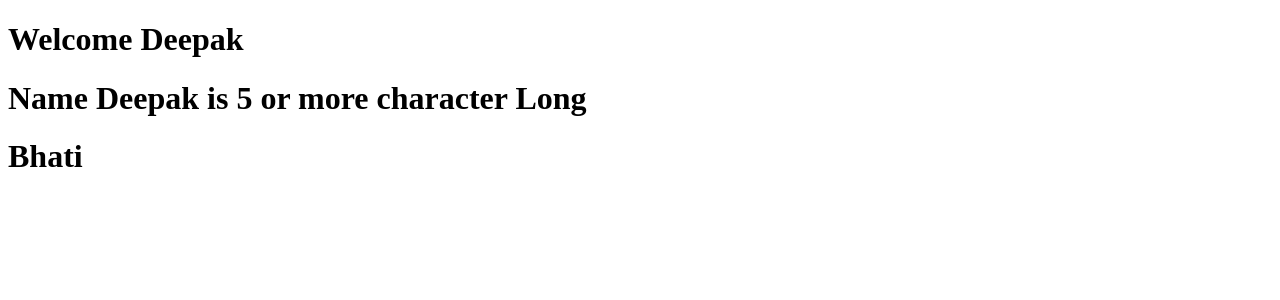
Repository: bhatideepak599/JspServlets
Page: http://localhost/05-java-jstl-tag-demo/jstl-tags-demo.jsp
An editor plug-in stored every save of this project. The page is shown before and after the next save, followed by the edit.
The browser window is 1280 px wide. The pictures show the whole page.
The page is served by Tomcat 9. Other server files are loaded and not shown.

Above is the page before, as saved 2024-07-15 10:16:59.

### 05-java-jstl-tag-demo/WebContent/jstl-tags-demo.jsp
<%@ page language="java" contentType="text/html; charset=ISO-8859-1"
    pageEncoding="ISO-8859-1"%>
<%@ taglib uri="http://java.sun.com/jsp/jstl/core" prefix="c"%>
<%@ taglib uri="http://java.sun.com/jsp/jstl/functions" prefix="fn"%>

<!DOCTYPE html>
<html>
<head>
<meta charset="ISO-8859-1">
<title>Insert title here</title>
</head>
<body>

	<c:set var="name" value="Deepak"></c:set>
	<h1>Welcome ${name }</h1>


	<c:if test="${name.length()>=5 }">
		<h1>Name ${name} is 5 or more character Long</h1>
	</c:if>

	<c:choose>
		<c:when test="${name.length()>13 }">
			<h1>Deepak</h1>
		</c:when>
		<c:when test="${name.length()>5 }">
			<h1>Bhati</h1>
			</c:when>
		<c:when test="${name.length()>6 }">
			<h1>6</h1>
			</c:when>
		<c:otherwise>
			<h1>otherwise</h1>
		</c:otherwise>


	</c:choose>

</body>
</html>

After the next save:
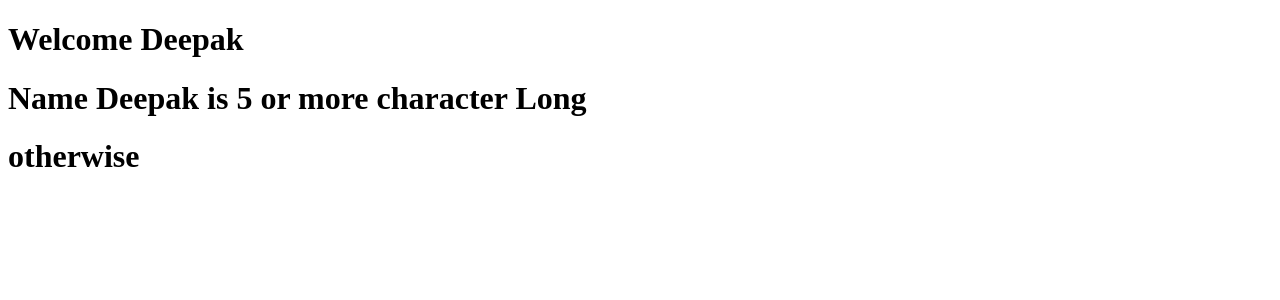
Saved 26 s later.
--- a/05-java-jstl-tag-demo/WebContent/jstl-tags-demo.jsp
+++ b/05-java-jstl-tag-demo/WebContent/jstl-tags-demo.jsp
@@ -23,7 +23,7 @@
 		<c:when test="${name.length()>13 }">
 			<h1>Deepak</h1>
 		</c:when>
-		<c:when test="${name.length()>5 }">
+		<c:when test="${name.length()>15 }">
 			<h1>Bhati</h1>
 			</c:when>
 		<c:when test="${name.length()>6 }">
